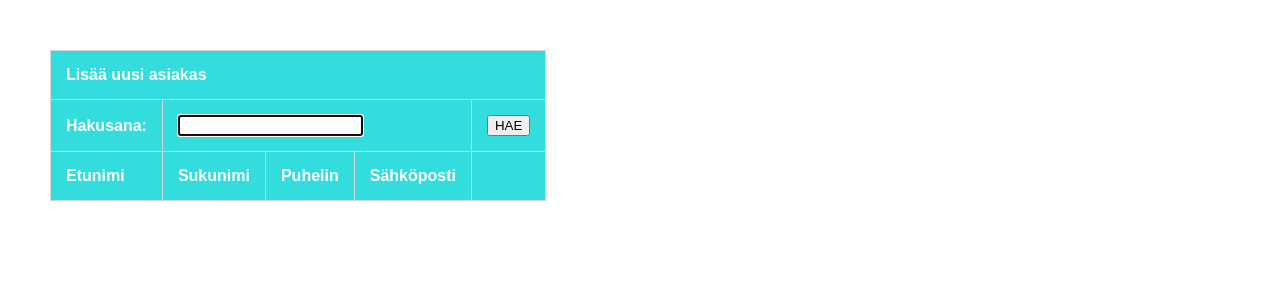
Repository: NellaPih/Asiakkaat
Page: http://localhost/Asiakkaat/listaaasiakkaat.jsp
These files come from the project's save history. The page is drawn as it stood at one moment and after the next save; the edit follows.
The browser window is 1280 px wide. The pictures show the whole page.
The page is served by Tomcat 9. Other server files are loaded and not shown.

Above is the page before, as saved 2020-04-30 16:00:08.

### Asiakkaat/WebContent/listaaasiakkaat.jsp
<%@ page language="java" contentType="text/html; charset=ISO-8859-1"
    pageEncoding="ISO-8859-1"%>
<!DOCTYPE html>
<html>
<head>
<meta charset="ISO-8859-1">
<link rel="stylesheet" type="text/css" href="css/main.css">
<script src="https://ajax.googleapis.com/ajax/libs/jquery/3.4.1/jquery.min.js"></script>
<title>Asiakkaat</title>
</head>
<body>
<table id="listaus">
	<thead>
		<tr>
			<th colspan="5"><span id="uusiAsiakas">Lisää uusi asiakas</span></th>
		</tr>
		<tr>
			<th>Hakusana:</th>
			<th colspan="3"><input type="text" id="hakusana"></th>
			<th class="nappi"><input type="button" value="HAE" id="hakunappi"></th>
		</tr>
		<tr>
			<th>Etunimi</th>
			<th>Sukunimi</th>
			<th>Puhelin</th>
			<th>Sähköposti</th>
			<th></th>
		</tr>
	</thead>
	<tbody>
	</tbody>
</table>
<script>
$(document).ready(function(){

	$("#uusiAsiakas").click(function(){
		document.location="lisaaasiakas.jsp";
	});

	haeAsiakkaat();
	$("#hakunappi").click(function(){
		haeAsiakkaat();
	});
	$(document.body).on("keydown", function(event){
		  if(event.which==13){ //Enteriä painettu, ajetaan haku
			  haeAsiakkaat();
		  }
	});
	$("#hakusana").focus();//viedään kursori hakusana-kenttään sivun latauksen yhteydessä
});

function haeAsiakkaat() {
	$("#listaus tbody").empty();
	$.ajax({url:"asiakkaat/"+$("#hakusana").val(), type:"GET", dataType:"json", success:function(result){
		$.each(result.asiakkaat, function(i, field){
        	var htmlStr;
        	htmlStr+="<tr>";
        	htmlStr+="<td>"+field.etunimi+"</td>";
        	htmlStr+="<td>"+field.sukunimi+"</td>";
        	htmlStr+="<td>"+field.puhelin+"</td>";
        	htmlStr+="<td>"+field.sposti+"</td>";
        	htmlStr+="<td><span class='poista' onclick=poista('"+field.asiakas_id, field.etunimi, field.sukunimi+"')>Poista</span></td>";
        	htmlStr+="</tr>";
        	$("#listaus tbody").append(htmlStr);
        });
    }});
};

function poista(id, etunimi, sukunimi){
	console.log(id);
	if(confirm("Poista asiakas " + etunimi + "?")){
		$.ajax({url:"asiakkaat/"+id, type:"DELETE", dataType:"json", success:function(result) { //result on joko {"response:1"} tai {"response:0"}
	        if(result.response==0){
	        	$("#ilmo").html("Asiakkaan poisto epäonnistui.");
	        }else if(result.response==1){
	        	$("#rivi_"+id).css("background-color", "red"); //Värjätään poistetun asiakkaan rivi
	        	alert("Asiakkaan " + field.etunimi + " " + field.sukunimi +" poisto onnistui.");
				haeAsiakkaat();
			}
	    }});
	}
}

</script>
</body>
</html>

### Asiakkaat/WebContent/css/main.css
th, td {
  padding: 15px;
  text-align: left;
}

table, td, th {
  border: 1px solid lightgrey;
}

table {
  border-collapse: collapse;
}

th {
  background-color: #34DDDD;
  color: white;
}

body {
	margin: 50px;
	font-family: Arial, Helvetica, sans-serif;
}

.nappi {
	text-align: center;
}

#uusiAsiakas, #takaisin {
	cursor: pointer;
}

### Asiakkaat/src/control/Asiakkaat.java
package control;

import java.io.IOException;
import java.io.PrintWriter;
import java.util.ArrayList;
import javax.servlet.ServletException;
import javax.servlet.annotation.WebServlet;
import javax.servlet.http.HttpServlet;
import javax.servlet.http.HttpServletRequest;
import javax.servlet.http.HttpServletResponse;
import org.json.JSONObject;
import model.Asiakas;
import model.dao.Dao;

@WebServlet("/asiakkaat/*")
public class Asiakkaat extends HttpServlet {
	private static final long serialVersionUID = 1L;

    public Asiakkaat() {
        super();
        System.out.println("Asiakkaat.Asiakkaat()");
    }

	protected void doGet(HttpServletRequest request, HttpServletResponse response) throws ServletException, IOException {
		System.out.println("Asiakkaat.doGet()");
		String pathInfo = request.getPathInfo();

		System.out.println("polku: " + pathInfo);
		String hakusana = pathInfo.replace("/", "");
		Dao dao = new Dao();
		ArrayList<Asiakas> asiakkaat = dao.listaaAsiakkaat(hakusana);
		System.out.println(asiakkaat);
		String strJSON = new JSONObject().put("asiakkaat", asiakkaat).toString();
		response.setContentType("application/json");
		PrintWriter out = response.getWriter();
		out.println(strJSON);

	}

	protected void doPost(HttpServletRequest request, HttpServletResponse response) throws ServletException, IOException {
		System.out.println("Asiakkaat.doPost()");

		JSONObject jsonObj = new JsonStrToObj().convert(request); //Muutetaan kutsun mukana tuleva json-string json-objektiksi
		Asiakas asiakas = new Asiakas();
		asiakas.setEtunimi(jsonObj.getString("etunimi"));
		asiakas.setSukunimi(jsonObj.getString("sukunimi"));
		asiakas.setPuhelin(jsonObj.getString("puhelin"));
		asiakas.setSposti(jsonObj.getString("sposti"));
		response.setContentType("application/json");
		PrintWriter out = response.getWriter();
		Dao dao = new Dao();
		if(dao.lisaaAsiakas(asiakas)){ //metodi palauttaa true/false
			out.println("{\"response\":1}");
		}else{
			out.println("{\"response\":0}");
		}
	}

	protected void doPut(HttpServletRequest request, HttpServletResponse response) throws ServletException, IOException {
		System.out.println("Asiakkaat.doPut()");

	}

	protected void doDelete(HttpServletRequest request, HttpServletResponse response) throws ServletException, IOException {
		System.out.println("Asiakkaat.doDelete()");


	}

}

### Asiakkaat/src/model/dao/Dao.java
package model.dao;

import java.sql.Connection;
import java.sql.DriverManager;
import java.sql.PreparedStatement;
import java.sql.ResultSet;
import java.util.ArrayList;
import model.Asiakas;

public class Dao {
	private Connection con=null;
	private ResultSet rs = null;
	private PreparedStatement stmtPrep=null;
	private String sql;
	private String db ="Myynti.sqlite";

	private Connection yhdista(){
    	Connection con = null;
    	String path = System.getProperty("catalina.base");
    	path = path.substring(0, path.indexOf(".metadata")).replace("\\", "/"); //Eclipsessa
    	//path += "/webapps/"; //Tuotannossa. Laita tietokanta webapps-kansioon
    	String url = "jdbc:sqlite:"+path+db;
    	try {
    		Class.forName("org.sqlite.JDBC");
	        con = DriverManager.getConnection(url);
	        System.out.println("Yhteys avattu.");
	     }catch (Exception e){
	    	 System.out.println("Yhteyden avaus epäonnistui.");
	        e.printStackTrace();
	     }
	     return con;
	}

	public ArrayList<Asiakas> listaaAsiakkaat() {
		ArrayList<Asiakas> asiakkaat = new ArrayList<Asiakas>();
		sql = "SELECT * FROM asiakkaat";
		try {
			con = yhdista();
			if (con != null) {
				stmtPrep = con.prepareStatement(sql);
			rs = stmtPrep.executeQuery();
				if (rs != null) {
					while (rs.next()) {
						Asiakas asiakas = new Asiakas();
						asiakas.setAsiakas_id(rs.getInt(1));
						asiakas.setEtunimi(rs.getString(2));
						asiakas.setSukunimi(rs.getString(3));
						asiakas.setPuhelin(rs.getString(4));
						asiakas.setSposti(rs.getString(5));
						asiakkaat.add(asiakas);
					}
				}
			}
			con.close();
		} catch (Exception e) {
			e.printStackTrace();
		}
		return asiakkaat;
	}


	public ArrayList<Asiakas> listaaAsiakkaat(String hakusana) {
		ArrayList<Asiakas> asiakkaat = new ArrayList<Asiakas>();
		sql = "SELECT * FROM asiakkaat WHERE etunimi LIKE ? or sukunimi LIKE ? or sposti LIKE ?";
		try {
			con=yhdista();
			if(con!=null){ //jos yhteys onnistui
				stmtPrep = con.prepareStatement(sql);
				stmtPrep.setString(1, "%" + hakusana + "%");
				stmtPrep.setString(2, "%" + hakusana + "%");
				stmtPrep.setString(3, "%" + hakusana + "%");
        		rs = stmtPrep.executeQuery();
				if(rs!=null){ //jos kysely onnistui
					//con.close();
					while(rs.next()){
						Asiakas asiakas = new Asiakas();
						asiakas.setAsiakas_id(rs.getInt(1));
						asiakas.setEtunimi(rs.getString(2));
						asiakas.setSukunimi(rs.getString(3));
						asiakas.setPuhelin(rs.getString(4));
						asiakas.setSposti(rs.getString(5));
						asiakkaat.add(asiakas);
					}
				}
			}
			con.close();
		} catch (Exception e) {
			e.printStackTrace();
		}
		return asiakkaat;
	}

	public boolean lisaaAsiakas(Asiakas asiakas){
		boolean paluuArvo=true;
		sql="INSERT INTO asiakkaat (etunimi, sukunimi, puhelin, sposti) VALUES(?,?,?,?)";
		try {
			con = yhdista();
			stmtPrep=con.prepareStatement(sql);
			stmtPrep.setString(1, asiakas.getEtunimi());
			stmtPrep.setString(2, asiakas.getSukunimi());
			stmtPrep.setString(3, asiakas.getPuhelin());
			stmtPrep.setString(4, asiakas.getSposti());
			stmtPrep.executeUpdate();
	        con.close();
		} catch (Exception e) {
			e.printStackTrace();
			paluuArvo=false;
		}
		return paluuArvo;
	}

}

After the next save:
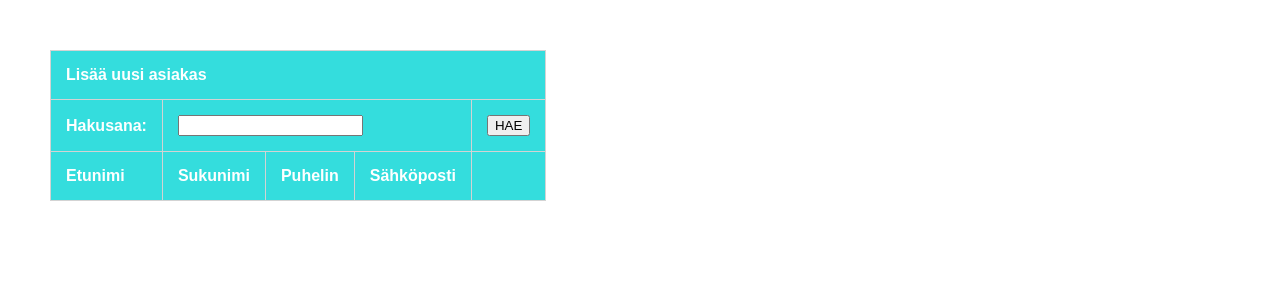
Console error: SyntaxError: Unexpected string
Saved 6 min 54 s later.
--- a/Asiakkaat/WebContent/listaaasiakkaat.jsp
+++ b/Asiakkaat/WebContent/listaaasiakkaat.jsp
@@ -59,7 +59,7 @@
         	htmlStr+="<td>"+field.sukunimi+"</td>";
         	htmlStr+="<td>"+field.puhelin+"</td>";
         	htmlStr+="<td>"+field.sposti+"</td>";
-        	htmlStr+="<td><span class='poista' onclick=poista('"+field.asiakas_id, field.etunimi, field.sukunimi+"')>Poista</span></td>";
+        	htmlStr+="<td><span class='poista' onclick=poista('"+field.asiakas_id + "," + field.etunimi + "," + field.sukunimi"')>Poista</span></td>";
         	htmlStr+="</tr>";
         	$("#listaus tbody").append(htmlStr);
         });

After the 6 saves that followed:
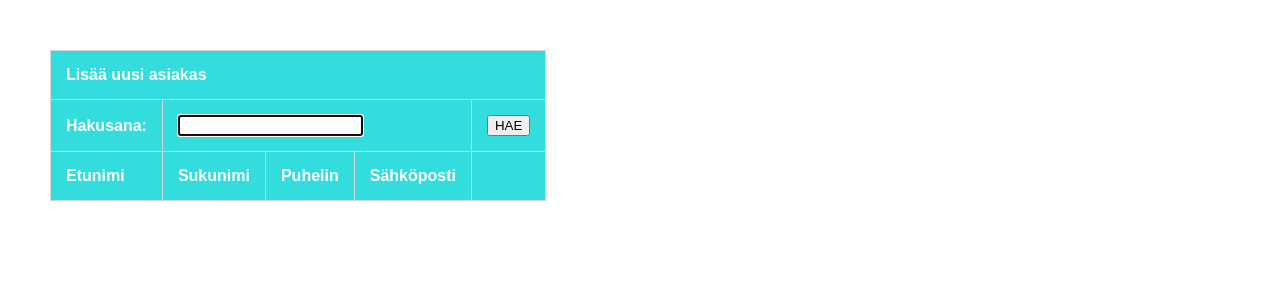
The error is gone.
The 6 saves are shown as one change because 5 left the picture as it was.
The last was saved 9 min 14 s later.
--- a/Asiakkaat/WebContent/listaaasiakkaat.jsp
+++ b/Asiakkaat/WebContent/listaaasiakkaat.jsp
@@ -59,7 +59,7 @@
         	htmlStr+="<td>"+field.sukunimi+"</td>";
         	htmlStr+="<td>"+field.puhelin+"</td>";
         	htmlStr+="<td>"+field.sposti+"</td>";
-        	htmlStr+="<td><span class='poista' onclick=poista('"+field.asiakas_id + "," + field.etunimi + "," + field.sukunimi"')>Poista</span></td>";
+        	htmlStr+="<td><span class='poista' onclick=poista('"+field.asiakas_id+"' '","' '"+field.etunimi+"' '","' '"+field.sukunimi+"')>Poista</span></td>";
         	htmlStr+="</tr>";
         	$("#listaus tbody").append(htmlStr);
         });
